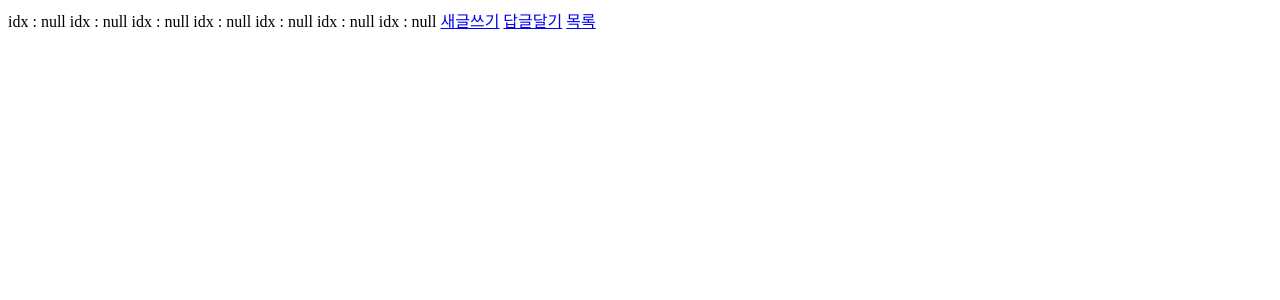
Repository: SniperDitto/save
Page: http://localhost/Boards0425/02_client/04_boards/content.jsp
An editor plug-in stored every save of this project. The page is shown before and after the next save, followed by the edit.
The browser window is 1280 px wide. The pictures show the whole page.
The page is served by Tomcat 9.

Above is the page before, as saved 2022-05-13 00:31:02.

After the next save:
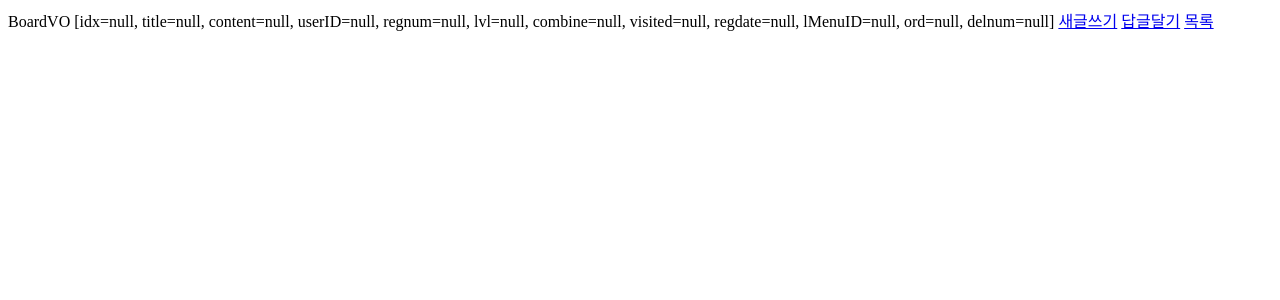
Saved 54 s later.
--- a/2022JAVA_YSH 1/JAVA/Web/Boards0425/WebContent/02_client/04_boards/content.jsp
+++ b/2022JAVA_YSH 1/JAVA/Web/Boards0425/WebContent/02_client/04_boards/content.jsp
@@ -8,13 +8,8 @@
 <head>
 <%
 	String hMenuID = request.getParameter("hMenuID");
-	out.println("idx : "+vo.getIdx());
-	out.println("idx : "+vo.getIdx());
-	out.println("idx : "+vo.getIdx());
-	out.println("idx : "+vo.getIdx());
-	out.println("idx : "+vo.getIdx());
-	out.println("idx : "+vo.getIdx());
-	out.println("idx : "+vo.getIdx());
+	out.println(vo.toString());
+
 
 %>
 <meta charset="UTF-8">
